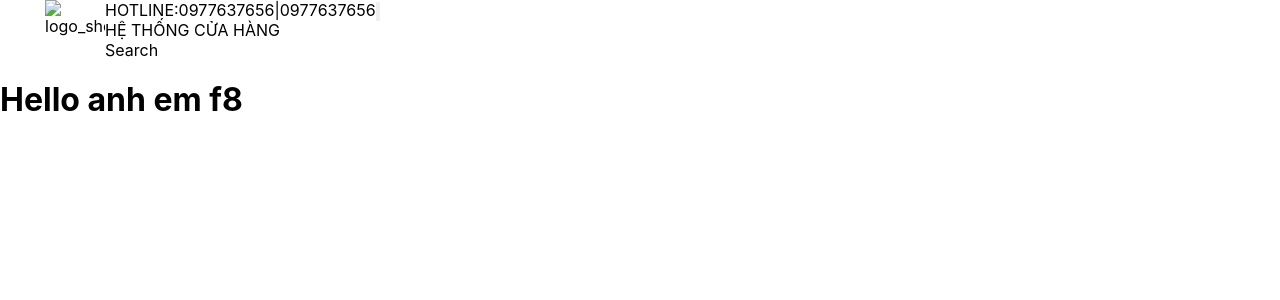
Repository: manhhieu120499/BadmintonShop
Page: /
The author's editor kept a copy of each file at every save. The page is drawn from the files as they stood at one save, then again after the next save.
The browser window is 1280 px wide. The pictures show the whole page.
The project was rebuilt for these pictures with package versions that can differ from the ones it lists, and the page was loaded fresh each time. Also part of the build but not shown: src/components/Button/Button.module.scss.

Above is the page before, as saved 2024-08-18 17:58:22.

### src/App.js
import './App.css';
import { DefaultLayout } from './layouts/DefaultLayout';

function App() {
	return (
		<DefaultLayout>
			<div className="App">
				<h1>Hello anh em f8</h1>
			</div>
		</DefaultLayout>
	);
}

export default App;

### src/App.css
/*reset css*/
* {
	margin: 0;
	padding: 0;
	box-sizing: border-box;
}

### src/layouts/DefaultLayout/DefaultLayout.js
import classNames from 'classnames/bind';
import styles from './DefaultLayout.module.scss';
import { Header } from '../components/';

const cx = classNames.bind(styles);

function DefaultLayout({ children }) {
	return (
		<div className={cx('container')}>
			<Header />
			{children}
		</div>
	);
}

export default DefaultLayout;

### src/layouts/DefaultLayout/DefaultLayout.module.scss
.container {
	width: 100vw;
	min-height: 100vh;
	background-color: white;
}

### src/layouts/components/Header/Header.js
import classNames from 'classnames/bind';
import styles from './Header.module.scss';
import images from '../../../assets/images';
import Search from '../Search';
import { LookupIcon } from '../../../components/Icons';
const cx = classNames.bind(styles);
function Header() {
	return (
		<div className={cx('wrapper')}>
			<img
				className={cx('logo-brand')}
				src={images.logo}
				alt="logo_shop"
			/>
			<div className={cx('header-content')}>
				<div className={cx('info-contact')}>
					{/** icon */}
					<p>
						HOTLINE:
						<span>0977637656</span>
						<span>|</span>
						<span>0977637656</span>
					</p>
				</div>
				<div className={cx('other-company')}>
					{/** icon */}
					<p>HỆ THỐNG CỬA HÀNG</p>
				</div>
				<Search />
			</div>
			<div className={cx('other')}>
				<button>
					<LookupIcon />
				</button>
			</div>
		</div>
	);
}

export default Header;

### src/layouts/components/Header/Header.module.scss
.wrapper {
	height: 80px;
	width: 100%;
	padding: 0 45px;
	display: flex;
}

.logo-brand {
	width: 60px;
	height: 60px;
	display: inline-block;
}

### src/assets/images/index.js
const images = {
	logo: require('../images/logo.svg').default,
};

export default images;

### src/layouts/components/Search/Search.js
function Search() {
	return <div>Search</div>;
}

export default Search;

### src/components/Icons/Icon.js
export const LookupIcon = () => {
	return (
		<svg
			version="1.1"
			id="Layer_1"
			xmlns="http://www.w3.org/2000/svg"
			x="0px"
			y="0px"
			viewBox="0 0 850.39 850.39"
		>
			<path
				fill="#E75325"
				d="M797.17,444.28L641.85,206.29c-14.4-37.32-50.59-63.8-92.99-63.8c-35.78,0-67.14,18.86-84.72,47.18
								   c-11.68-9.55-26.59-15.28-42.85-15.28c-18.79,0-35.78,7.65-48.06,20c-16.92-30.92-49.75-51.89-87.48-51.89
								   c-38.92,0-72.61,22.33-89.02,54.86L53.74,443.61c-12.2,23.22-19.14,49.61-19.14,77.61c0,92.32,75.11,167.44,167.44,167.44
								   c55.47,0,95.68-27.91,135.19-68.81l88.06-98.63l88.06,98.63c39.51,36.92,79.72,68.81,135.19,68.81
								   c92.33,0,167.44-75.11,167.44-167.44C815.97,493.49,809.15,467.34,797.17,444.28z M202.03,628.85
								   c-59.45,0-107.64-48.19-107.64-107.64s48.19-107.64,107.64-107.64s107.64,48.19,107.64,107.64S261.48,628.85,202.03,628.85z
									M648.53,628.85c-59.45,0-107.64-48.19-107.64-107.64s48.19-107.64,107.64-107.64s107.64,48.19,107.64,107.64
								   S707.98,628.85,648.53,628.85z"
			></path>
		</svg>
	);
};

export const UserIcon = () => {
	return (
		<svg
			xmlns="http://www.w3.org/2000/svg"
			viewBox="0 0 245.86 244.44"
			fill="#E95221"
		>
			<path
				d="M249.31,163.93H225.14a16.46,16.46,0,0,0-13.49,7l-16.9,24.18a16.46,16.46,0,0,1-27.12-.18l-16.17-23.82a16.48,16.48,0,0,0-13.62-7.22H114.11a55.34,55.34,0,0,0-55.33,55.34v24.55A8.23,8.23,0,0,0,67,252.06h229.4a8.24,8.24,0,0,0,8.23-8.24V219.27A55.34,55.34,0,0,0,249.31,163.93Zm-67.57-20.58a67.87,67.87,0,1,0-67.86-67.87A67.86,67.86,0,0,0,181.74,143.35Z"
				transform="translate(-58.78 -7.61)"
			></path>
		</svg>
	);
};

export const ShoppingCart = () => {
	return (
		<svg
			xmlns="http://www.w3.org/2000/svg"
			viewBox="0 0 265.71 247.92"
			fill="#E95221"
		>
			<path
				d="M298.21,71.39a14.93,14.93,0,0,0-17.88,11.2l-17.21,75-129.91-1.2L101.9,31.17a15,15,0,0,0-7.28-9.46L66.2,6.08A14.92,14.92,0,0,0,51.82,32.23L74.53,44.72l31.89,127.52L89.25,185.79A8.52,8.52,0,0,0,86,192.48v21.31a8.52,8.52,0,0,0,8.4,8.53l24.06.34A17,17,0,1,0,142,223l112.53,1.58a17,17,0,1,0,26.94.38l14.67.2h.13a8.53,8.53,0,0,0,.11-17l-193.35-2.72v-8.77l14.18-11.2a14.36,14.36,0,0,0,4.15.67l153.44,1.43H275a14.93,14.93,0,0,0,14.54-11.59l19.91-86.66A14.93,14.93,0,0,0,298.21,71.39Z"
				transform="translate(-44.09 -4.24)"
				strokeMiterlimit="10"
				strokeLinecap="round"
				strokeLinejoin="round"
			></path>
			<path
				d="M233.64,77.44H219.77V37.3a8.91,8.91,0,0,0-8.91-8.91H184.14a8.91,8.91,0,0,0-8.9,8.91V77.44H161.37c-6.14,0-8.16,4-4.5,9l10.32,13.84,13.33,17.9L190.84,132c3.67,4.92,9.67,4.92,13.33,0l10.32-13.85,13.33-17.9,10.32-13.84C241.8,81.46,239.78,77.44,233.64,77.44Z"
				transform="translate(-44.09 -4.24)"
				strokeMiterlimit="10"
				strokeLinecap="round"
				strokeLinejoin="round"
			></path>
		</svg>
	);
};

### src/components/Button/Button.js
import classNames from 'classnames/bind';
import styles from './Button.module.scss';

const cx = classNames.bind(styles);

function Button({ title, Icon, onClick }) {
	return (
		<div className={cx('wrapper')} onClick={onClick}>
			<Icon />
			<p>{title}</p>
		</div>
	);
}

export default Button;

Loaded but not shown: public/index.html (common file); src/index.js (common file); src/index.css (common file); src/reportWebVitals.js (common file); src/layouts/DefaultLayout/index.js (common file); src/layouts/components/index.js (common file); src/layouts/components/Header/index.js (common file); src/layouts/components/Search/index.js (common file); src/components/Icons/index.js (common file); src/components/Button/index.js (common file)

After the next save:
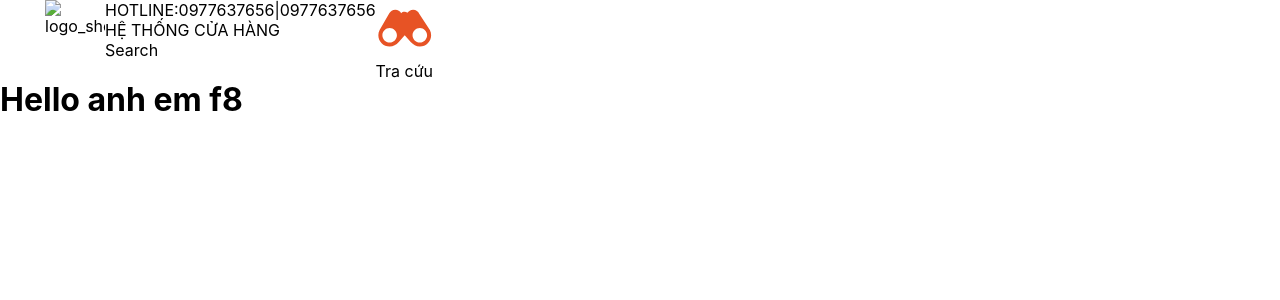
Saved 62 s later.
--- a/src/layouts/components/Header/Header.js
+++ b/src/layouts/components/Header/Header.js
@@ -3,6 +3,7 @@ import styles from './Header.module.scss';
 import images from '../../../assets/images';
 import Search from '../Search';
 import { LookupIcon } from '../../../components/Icons';
+import Button from '../../../components/Button';
 const cx = classNames.bind(styles);
 function Header() {
 	return (
@@ -29,9 +30,7 @@ function Header() {
 				<Search />
 			</div>
 			<div className={cx('other')}>
-				<button>
-					<LookupIcon />
-				</button>
+				<Button title={'Tra cứu'} Icon={LookupIcon} />
 			</div>
 		</div>
 	);
